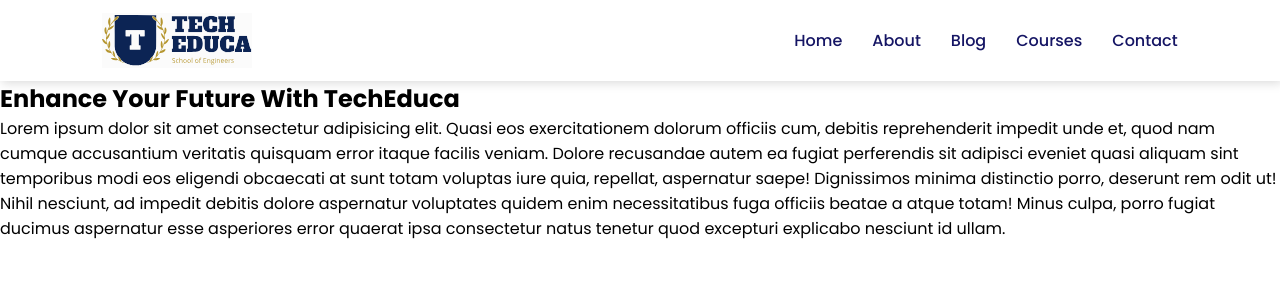
Repository: douglasabnovato/newtech
Page: index.html
The author's editor kept a copy of each file at every save. The page is drawn from the files as they stood at one save, then again after the next save.
The browser window is 1280 px wide. The pictures show the whole page.
Some web libraries are served in a nearby version.

Above is the page before, as saved 2025-06-19 22:50:39.

After the next save:
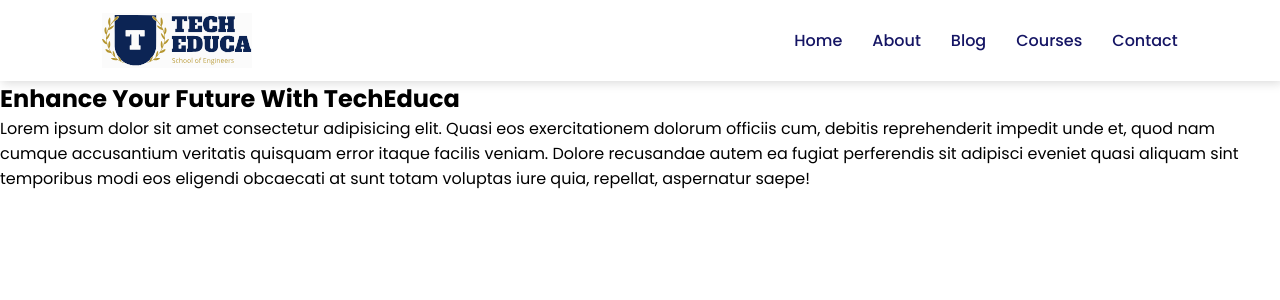
Saved 20 s later.
--- a/index.html
+++ b/index.html
@@ -39,7 +39,7 @@
     <section id="home">
       <h2>Enhance Your Future With TechEduca</h2>
       <p>
-        Lorem ipsum dolor sit amet consectetur adipisicing elit. Quasi eos exercitationem dolorum officiis cum, debitis reprehenderit impedit unde et, quod nam cumque accusantium veritatis quisquam error itaque facilis veniam. Dolore recusandae autem ea fugiat perferendis sit adipisci eveniet quasi aliquam sint temporibus modi eos eligendi obcaecati at sunt totam voluptas iure quia, repellat, aspernatur saepe! Dignissimos minima distinctio porro, deserunt rem odit ut! Nihil nesciunt, ad impedit debitis dolore aspernatur voluptates quidem enim necessitatibus fuga officiis beatae a atque totam! Minus culpa, porro fugiat ducimus aspernatur esse asperiores error quaerat ipsa consectetur natus tenetur quod excepturi explicabo nesciunt id ullam.
+        Lorem ipsum dolor sit amet consectetur adipisicing elit. Quasi eos exercitationem dolorum officiis cum, debitis reprehenderit impedit unde et, quod nam cumque accusantium veritatis quisquam error itaque facilis veniam. Dolore recusandae autem ea fugiat perferendis sit adipisci eveniet quasi aliquam sint temporibus modi eos eligendi obcaecati at sunt totam voluptas iure quia, repellat, aspernatur saepe!
       </p>
     </section>
 
